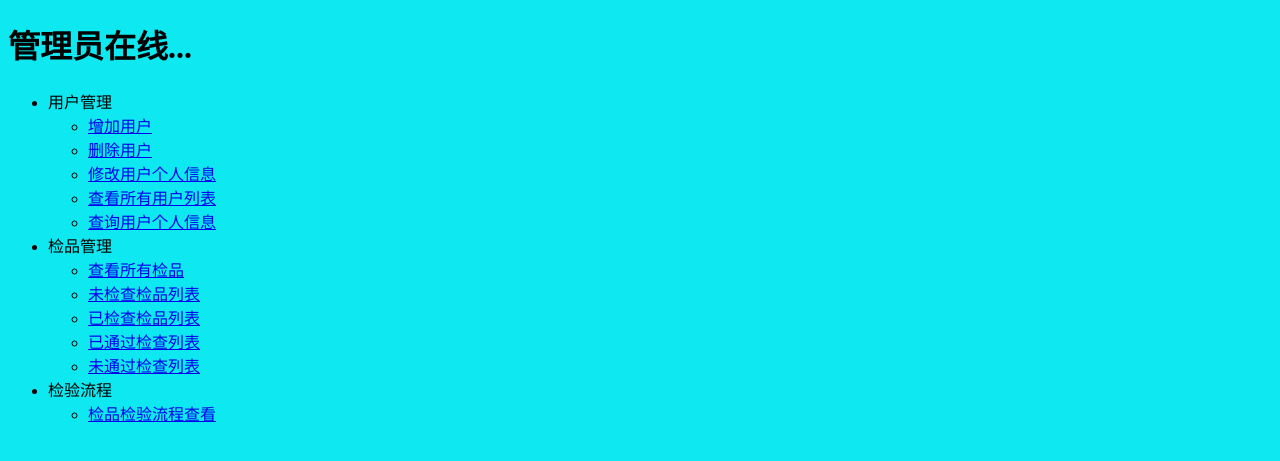
Repository: Shaoxubao/Java
Page: http://localhost/msm/jsp/user/adminmenu.jsp
The author's editor kept a copy of each file at every save. The page is drawn from the files as they stood at one save, then again after the next save.
The browser window is 1280 px wide. The pictures show the whole page.
The page is served by Tomcat 9. Nobody is signed in. The application's start-up code is not run. Other server files are loaded and not shown. The template is opened directly, without the code that normally fills it, so the values that code supplies are empty.

Above is the page before, as saved 2015-06-13 17:45:22.

### msm/WebContent/jsp/user/adminmenu.jsp
<%@ page language="java" contentType="text/html; charset=UTF-8"
  pageEncoding="UTF-8"%>
<%@ taglib prefix="sf" uri="http://www.springframework.org/tags/form"%>
<!DOCTYPE html PUBLIC "-//W3C//DTD HTML 4.01 Transitional//EN" "http://www.w3.org/TR/html4/loose.dtd">
<html>
<head>
<meta http-equiv="Content-Type" content="text/html; charset=UTF-8">
<title>管理员在线</title>
</head>
<body bgcolor="＃E8E8FF">

  <h1>管理员在线...</h1>
  <div>
    <ul>
      <li>用户管理</li>
      <ul>
        <li><a href="<%=request.getContextPath()%>/user/add" target="main">增加用户</a></li>
        <li><a href="<%=request.getContextPath()%>/user/delete" target="main">删除用户</a></li>
        <li><a href="<%=request.getContextPath()%>/user/update" target="main">修改用户个人信息</a></li>
        <li><a href="<%=request.getContextPath()%>/user/users" target="main">查看所有用户列表</a></li>
        <li><a href="<%=request.getContextPath()%>/user/show" target="main">查询用户个人信息</a></li>
        <!-- <li><a href="<%=request.getContextPath()%>/user/show" target="main">修改用户个人密码</a></li>-->
      </ul>

      <li>检品管理</li>
      <ul>
        <li><a href="<%=request.getContextPath()%>/samplem/samples" target="main">查看所有检品</a></li>
        <li><a href="<%=request.getContextPath()%>/samplem/unchecked" target="main">未检查检品列表</a></li>
        <li><a href="<%=request.getContextPath()%>/samplem/checked" target="main">已检查检品列表</a></li>
        <li><a href="<%=request.getContextPath()%>/samplem/checkpassed" target="main">已通过检查列表</a></li>
        <li><a href="<%=request.getContextPath()%>/samplem/checkunpassed" target="main">未通过检查列表</a></li>
      </ul>
      <li>检验流程</li>
      <ul>
      	<li><a href="<%=request.getContextPath()%>/samplem/sampleflow" target="main">检品检验流程查看</a></li>
      </ul>
    </ul>
  </div>

</body>
</html>

### msm/WebContent/css/style.css
@charset "utf-8";
body{font-family:Arial, Helvetica, sans-serif;font-size:12px;font-weight:normal;color:#666666;margin:0px;padding:0px;background:#fff;}
p,from,h1,h2,h3,h4,h5,h6{margin:0px;padding:0px;}
ul,ol{margin:0px;padding:0px;list-style-type:none;}
img{border:none;}
a{color:#333333;text-decoration:none;}
a:hover{color:#666666;text-decoration:underline;}
.clearfix:after{content:".";display:block;height:0;clear:both;visibility:hidden}
.clearfix{display:inline-table}
*html .clearfix{height:1%}
.clearfix{display:block}
*+html .clearfix{min-height:1%}
/* ny_zb */
.ny_zb{width:268px;overflow:hidden;border-left:1px solid #dddddd;border-right:1px solid #dddddd;border-bottom:1px solid #dddddd;font-family:"微软雅黑";margin:40px auto 0 auto;}
.ny_zbbt{font-family:"微软雅黑";background-color:#b4c9cb;height:40px;line-height:40px;overflow:hidden;border-top:2px solid #b7b7b7;}
.ny_zbbt span{padding-left:30px;font-size:16px;color:#000;line-height:40px;}
.ny_zblb1{padding:10px 10px 20px 0px;}

.ny_zblb1 li{line-height:33px;font-size:14px;color:#333;float:left;width:100%;}
.ny_zblb1 li a{display:block;padding-left:30px;text-decoration:none;color:#333;background:url(../images/04.gif) no-repeat right;}
.ny_zblb1 li a.cur{color:#6fb600;font-weight:bold;background:url(../images/04_h.gif) no-repeat right;text-decoration:none;}

.ny_zblb1 li ul{display:none;color:#666;padding:5px 0 5px 30px;}
.ny_zblb1 li ul li{float:none;background-image:none;height:26px;line-height:26px;margin-top:0px;font-size:12px;}
.ny_zblb1 li ul li a{padding-left:30px;display:block;background:url(../images/04.gif) no-repeat left;}
.ny_zblb1 li ul a:hover{color:#6fb600;}

Loaded but not shown: msm/WebContent/js/jquery.min.js (library)

After the next save:
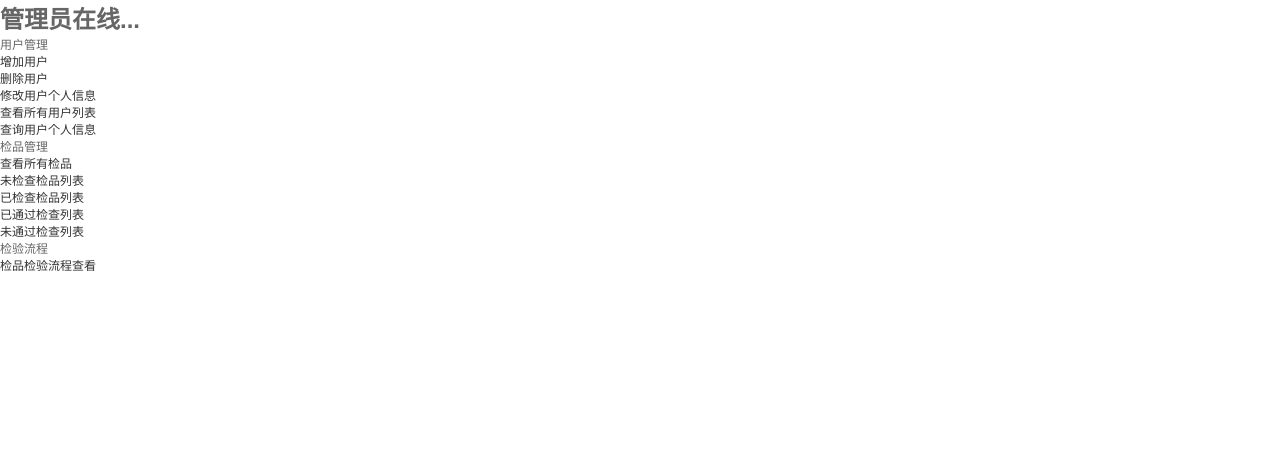
Saved 15 h 33 min later.
--- a/msm/WebContent/jsp/user/adminmenu.jsp
+++ b/msm/WebContent/jsp/user/adminmenu.jsp
@@ -6,6 +6,10 @@
 <head>
 <meta http-equiv="Content-Type" content="text/html; charset=UTF-8">
 <title>管理员在线</title>
+
+<script type="text/javascript" src="../../js/jquery.min.js"></script>
+<link href="../../css/style.css" rel="stylesheet" type="text/css" />
+
 </head>
 <body bgcolor="＃E8E8FF">
 
